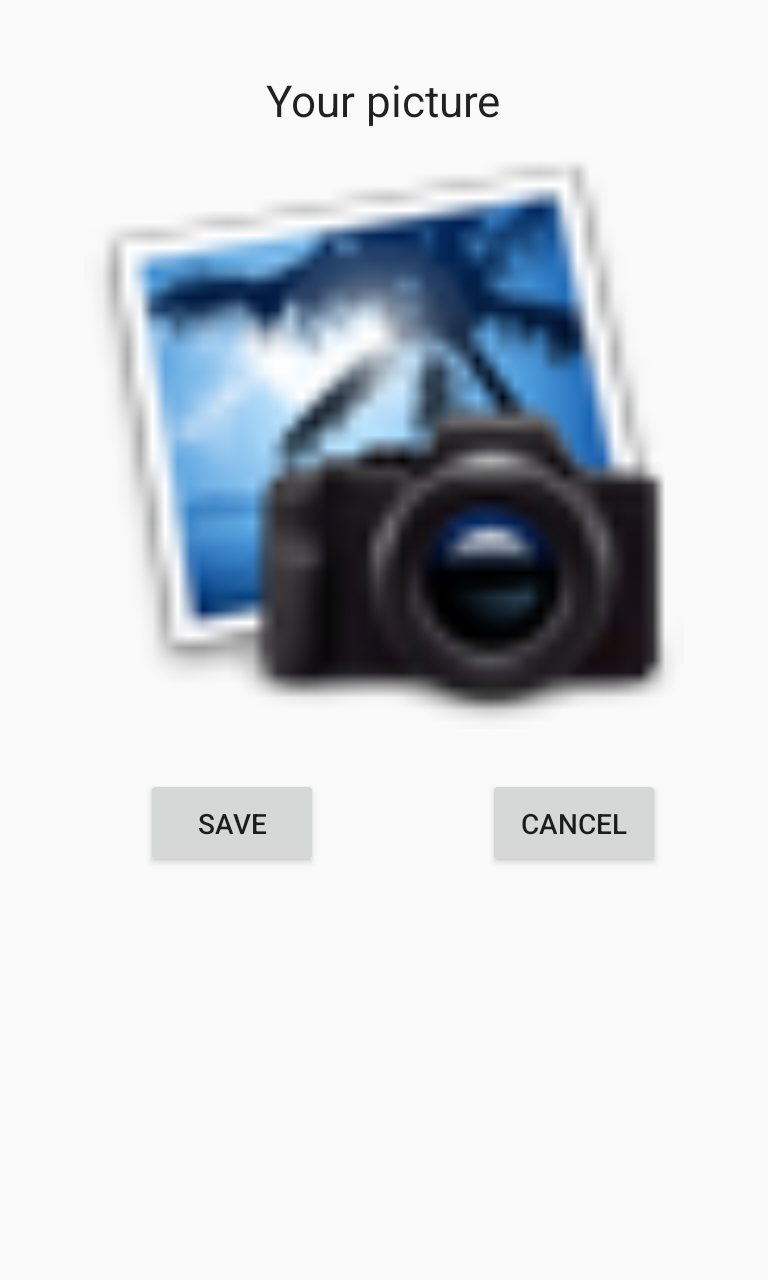
Repository: andrei-pl/PhotoWorld
Layout: Login/res/layout/fragment_take_picture.xml
The author's editor kept a copy of each file at every save. The layout is drawn from the files as they stood at one save, then again after the next save.
It is drawn on a 768 x 1280 px phone screen (xhdpi) without system bars, with theme AppTheme; the app's code is not run. The app's manifest (not shown) leaves right-to-left support off. So textAlignment, textDirection and layoutDirection are ignored, and left and right values win over start and end ones.

Above is the layout before, as saved 2014-10-14 10:22:41.

After the next save:
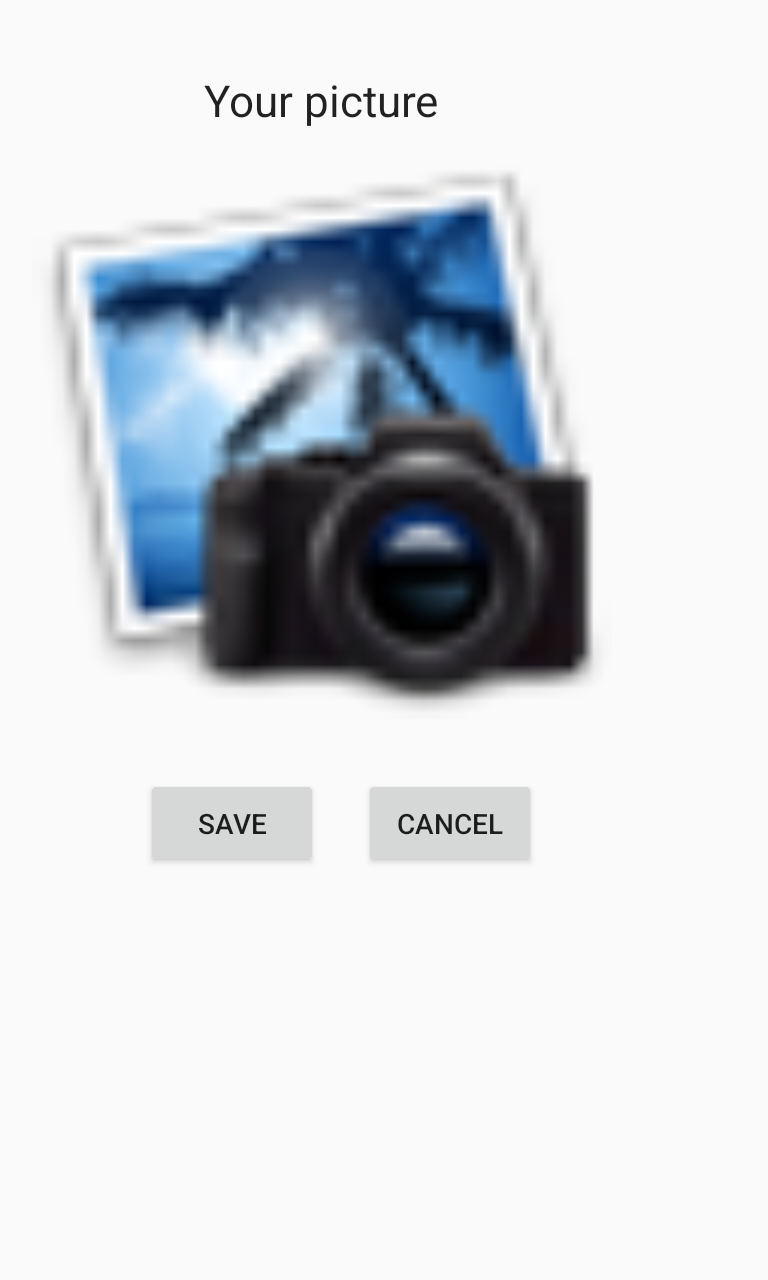
Saved 118 s later.
--- a/Login/res/layout/fragment_take_picture.xml
+++ b/Login/res/layout/fragment_take_picture.xml
@@ -4,12 +4,12 @@
     android:id="@+id/scrollView1"
     android:layout_width="fill_parent"
     android:layout_height="wrap_content"
-    android:layout_alignLeft="@+id/currentImage"
+    android:layout_alignParentLeft="true"
     android:layout_alignParentTop="true" >
 
     <RelativeLayout
-        android:layout_width="match_parent"
-        android:layout_height="match_parent"
+        android:layout_width="322dp"
+        android:layout_height="446dp"
         android:paddingBottom="@dimen/activity_vertical_margin"
         android:paddingLeft="@dimen/activity_horizontal_margin"
         android:paddingRight="@dimen/activity_horizontal_margin"

After the 3 saves that followed:
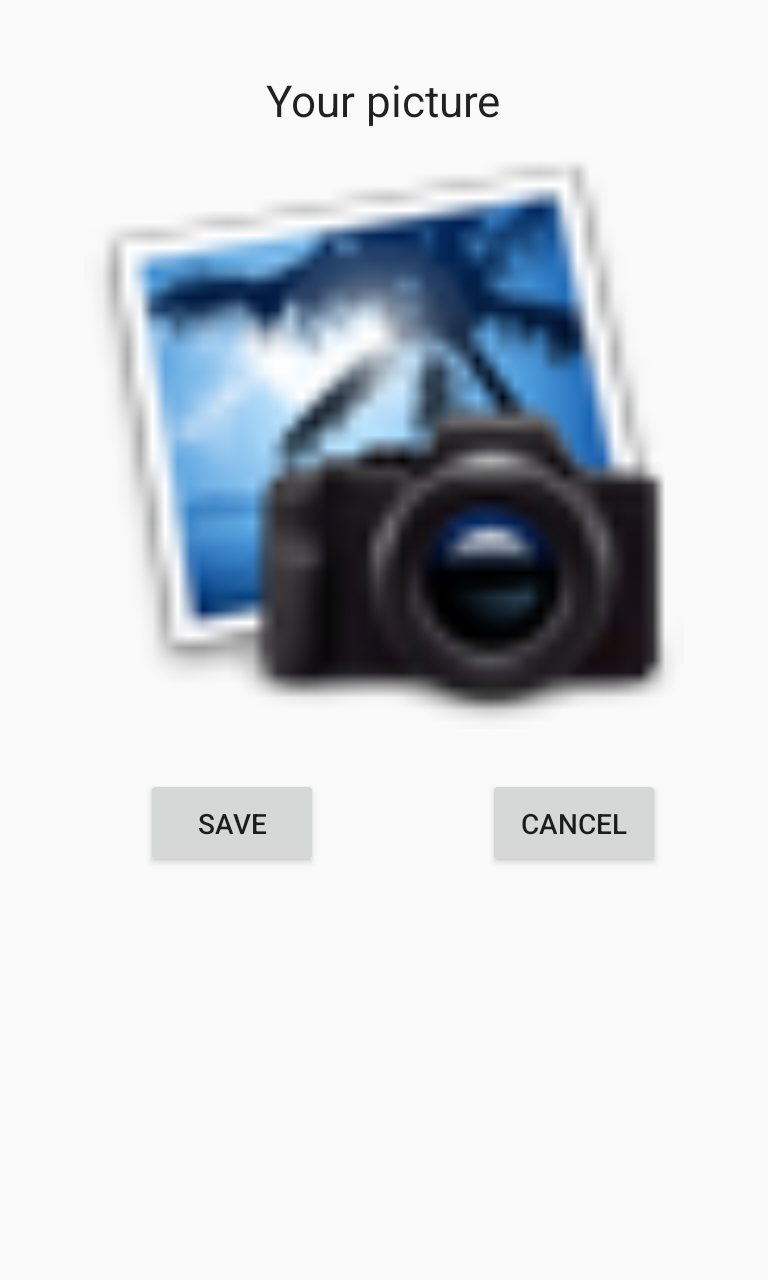
The 3 saves are shown as one change because 2 left the picture as it was.
The last was saved 94 s later.
--- a/Login/res/layout/fragment_take_picture.xml
+++ b/Login/res/layout/fragment_take_picture.xml
@@ -5,11 +5,12 @@
     android:layout_width="fill_parent"
     android:layout_height="wrap_content"
     android:layout_alignParentLeft="true"
+    android:layout_alignParentStart="true"
     android:layout_alignParentTop="true" >
 
     <RelativeLayout
-        android:layout_width="322dp"
-        android:layout_height="446dp"
+        android:layout_width="fill_parent"
+        android:layout_height="match_parent"
         android:paddingBottom="@dimen/activity_vertical_margin"
         android:paddingLeft="@dimen/activity_horizontal_margin"
         android:paddingRight="@dimen/activity_horizontal_margin"
